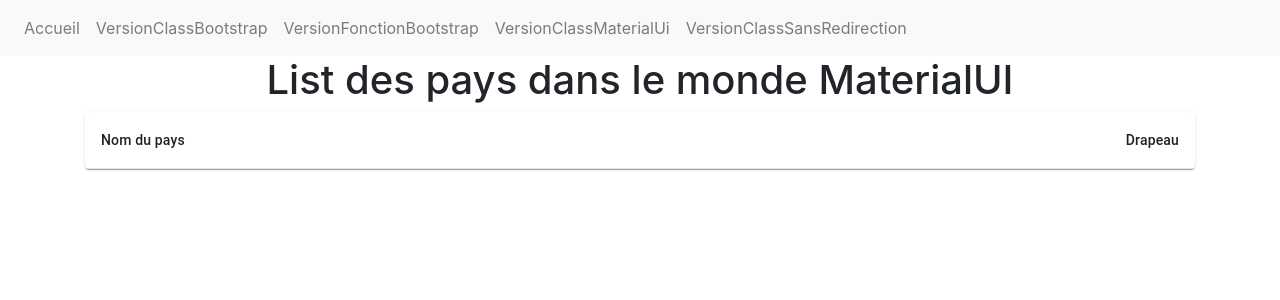
Repository: LudovicB21/CountryTest
Page: /VersionClassMaterialUi
These files come from the project's save history. The page is drawn as it stood at one moment and after the next save; the edit follows.
The browser window is 1280 px wide. The pictures show the whole page.
The page's requests for data from a server got no answer. The project was rebuilt for these pictures with package versions that can differ from the ones it lists, and the page was loaded fresh each time. No one was signed in, and anything a server would have sent is missing. Also part of the build but not shown: src/components/VersionClassBootstrap/ListPays.components.js, src/components/VersionFonctionBoostrap/ListPays.components.js, src/components/VersionSansRedirection/ListPays.component.js, src/components/Accueil.js, src/components/VersionClassBootstrap/InfoPays.components.js, src/components/VersionClassMaterialUi/InfoPays.components.js, src/components/VersionFonctionBoostrap/InfoPays.components.js.

Above is the page before, as saved 2020-10-29 16:22:55.

After the next save:
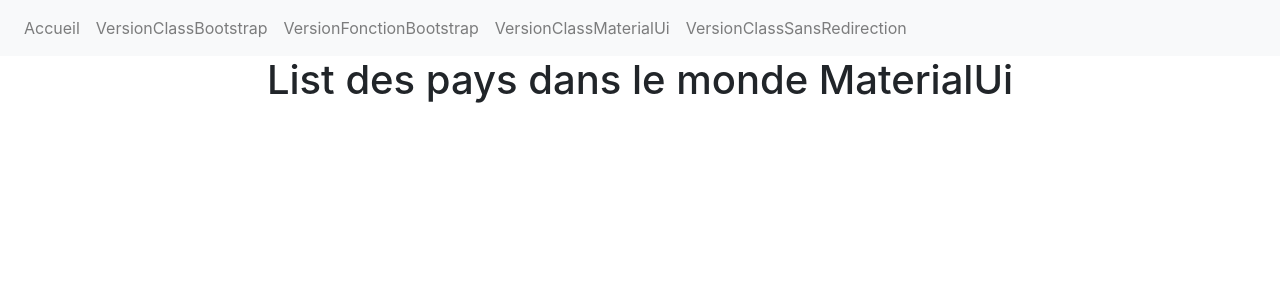
Saved 49 s later.
--- a/src/components/VersionClassMaterialUi/ListPays.components.js
+++ b/src/components/VersionClassMaterialUi/ListPays.components.js
@@ -28,30 +28,17 @@ class Pays extends Component{
   render(){
     return(
       <div className="container">
-        <h1>List des pays dans le monde MaterialUI </h1>
-          <TableContainer component={Paper}>
-            <Table className={this.props.classes.table} aria-label="simple table">
-              <TableHead>
-                <TableRow>
-                  <TableCell>Nom du pays</TableCell>
-                  <TableCell align="right">Drapeau</TableCell>
-                </TableRow>
-              </TableHead>
-              <TableBody>
-              {this.state.items.map(pays => (
-              <Link to={{pathname: `/VersionClassMaterialUi/${pays.name}`, query: {pays}}}>
-                    <TableRow>
-                      <TableCell component="th" scope="row">
-                        {pays.name}
-                      </TableCell>
-                      <TableCell align="right"> <img src={pays.flag} style={{width: "50px", height: "50px"}} alt="drapeau"/></TableCell>
-                    </TableRow>
-              </Link>
-              ))}
-              </TableBody>
-            </Table>
-          </TableContainer>
-      </div>
+      <h1>List des pays dans le monde MaterialUi </h1>
+        <ul className="list-group">
+          {this.state.items.map(pays => {
+            return (<Link to={{pathname: `/VersionClassBootstrap/${pays.name}`, query: {pays}}}>
+              <li key={pays.alpha3Code} className="list-group-item">
+                {pays.name} <img src={pays.flag} style={{width: "50px", height: "50px"}} alt="drapeau" />
+              </li>
+            </Link>
+          )})}
+        </ul>
+    </div>
     )
   }
 
